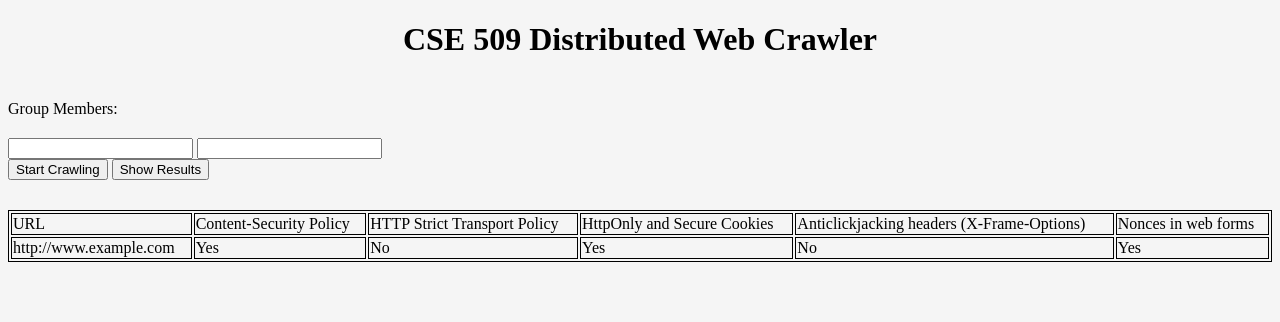
Repository: mfleish3/Crawler
Page: cse509/Crawling/WebContent/index.html
The author's editor kept a copy of each file at every save. The page is drawn from the files as they stood at one save, then again after the next save.
The browser window is 1280 px wide. The pictures show the whole page.
Some web libraries are served in a nearby version.

Above is the page before, as saved 2015-11-07 22:40:28.

### cse509/Crawling/WebContent/index.html
<!DOCTYPE html>
<html>
	<head>
	  <title>Crawler Index Page</title>
	  <link rel="stylesheet" type="text/css" href="style/index.css">
	  <script type="text/javascript" src="http://code.jquery.com/jquery-1.8.3.min.js"></script>
	  <script src="scripts/index.js"></script>
	</head>
	<body>
		<div id="divProjectHeader">
			<h1 id="headerProject">CSE 509 Distributed Web Crawler</h1>
		</div>
	  <div>
	  	<div id="divGroup">
	  		<a>Group Members:</a>
	  		<a></a>
	  		<a></a>
	  		<a></a>
	  		<a></a>
	  		<a></a>
	  	</div>

	  	<div id="divInput">
	  		<input id="domainName" type="text" name="name">
	  		<input id="numberPages" type="text" name="number">
	  	</div>

	  	<div id="btns">
	  		<button id="btnSubmit" type="button">Start Crawling</button>
	  		<button id="btnResults" type="button">Show Results</button>
	  	</div>

	  	<div id="showResults">

	  	</div>

		  <div id="divTableMain">
		  	<table id="tableMain">
			  <tr>
			    <td>URL</td>
			    <td>Content-Security Policy</td>
			    <td>HTTP Strict Transport Policy</td>
			    <td>HttpOnly and Secure Cookies</td>
			    <td>Anticlickjacking headers (X-Frame-Options)</td>
			    <td>Nonces in web forms</td>
			  </tr>
			  <tr>
			    <td>http://www.example.com</td>
			    <td>Yes</td>
			    <td>No</td>
			    <td>Yes</td>
			    <td>No</td>
			    <td>Yes</td>
			  </tr>
			</table>
		  </div>
	  </div>
	</body>
</html>

### cse509/Crawling/WebContent/style/index.css
body {
	background-color: #F5F5F5;
}

#divTableMain {
	padding-top: 20px;
}

#tableMain {
	width: 100%;
	border: 1px solid black;
}

td {
	border: 1px solid black;
}

#divGroup {
	padding-top: 20px;
}

#divInput {
	padding-top: 20px;
}

#divProjectHeader {
	text-align: center;
	width: 100%;
}

#showResults {
	padding-top: 10px;
}

### cse509/Crawling/WebContent/scripts/index.js
$( document ).ready(function() {


	$('#btnResults').click(function(){
	    updateInput();
	});

});

function updateInput() {

	var name = document.getElementById('domainName').value;
	var number = document.getElementById('numberPages').value;

	$.ajax({
		  type: "POST",
		  url: "UserInput",
		  data: { domainName: name, numberPages: number },
		  success: function() {
			  alert("Success");
		  },
		  error: function() {
			  alert("error");
		  }
		});
}

After the next save:
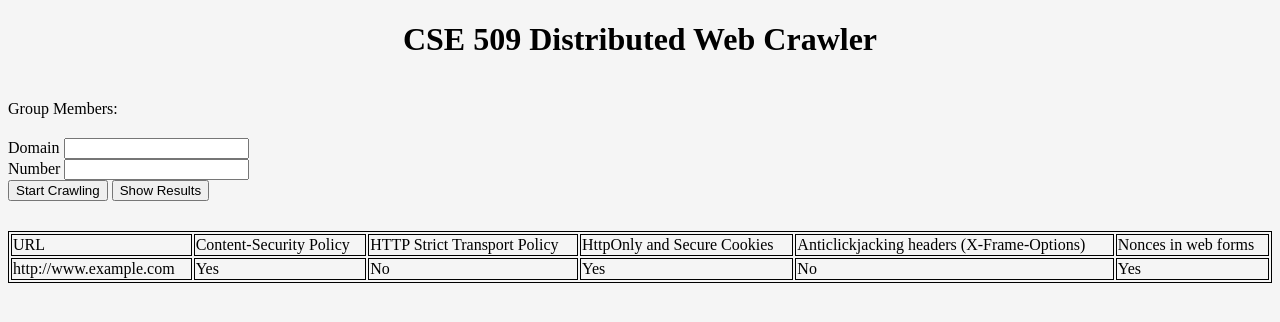
Saved 111 s later.
--- a/cse509/Crawling/WebContent/index.html
+++ b/cse509/Crawling/WebContent/index.html
@@ -21,8 +21,14 @@
 	  	</div>
 
 	  	<div id="divInput">
-	  		<input id="domainName" type="text" name="name">
-	  		<input id="numberPages" type="text" name="number">
+	  		<div>
+	  			<span>Domain</span>
+	  			<input id="domainName" type="text" name="name">
+	  		</div>
+	  		<div>
+	  			<span>Number</span>
+	  			<input id="numberPages" type="text" name="number">
+	  		</div>
 	  	</div>
 
 	  	<div id="btns">
